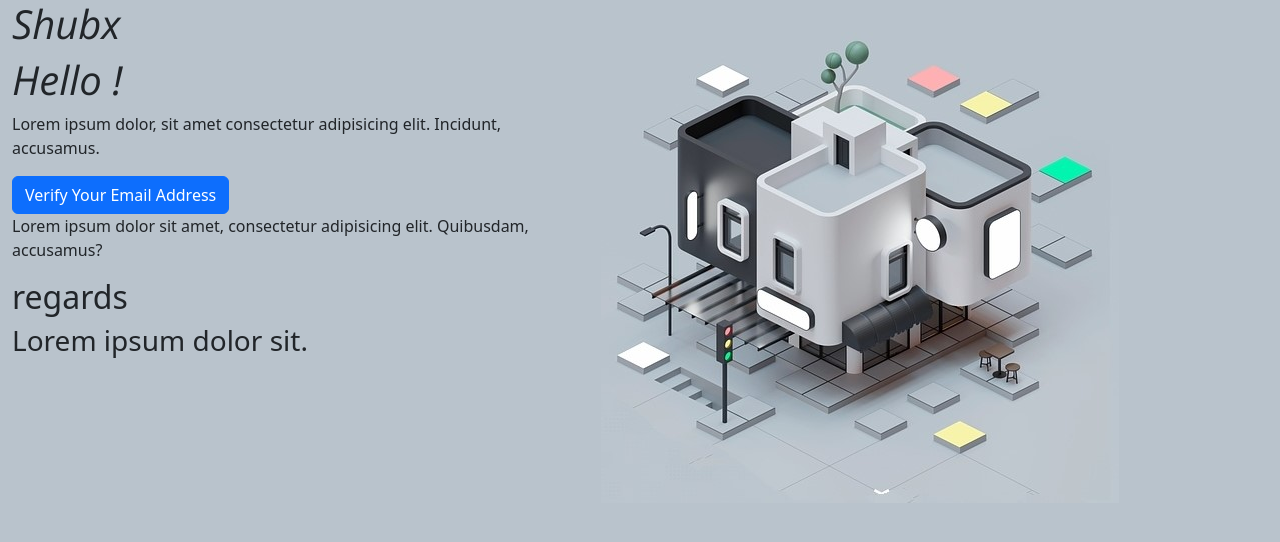
Repository: Aayush919/taskui
Page: index.html
These files come from the project's save history. The page is drawn as it stood at one moment and after the next save; the edit follows.
The browser window is 1280 px wide. The pictures show the whole page.

Above is the page before, as saved 2024-01-12 14:50:45.

After the next save:
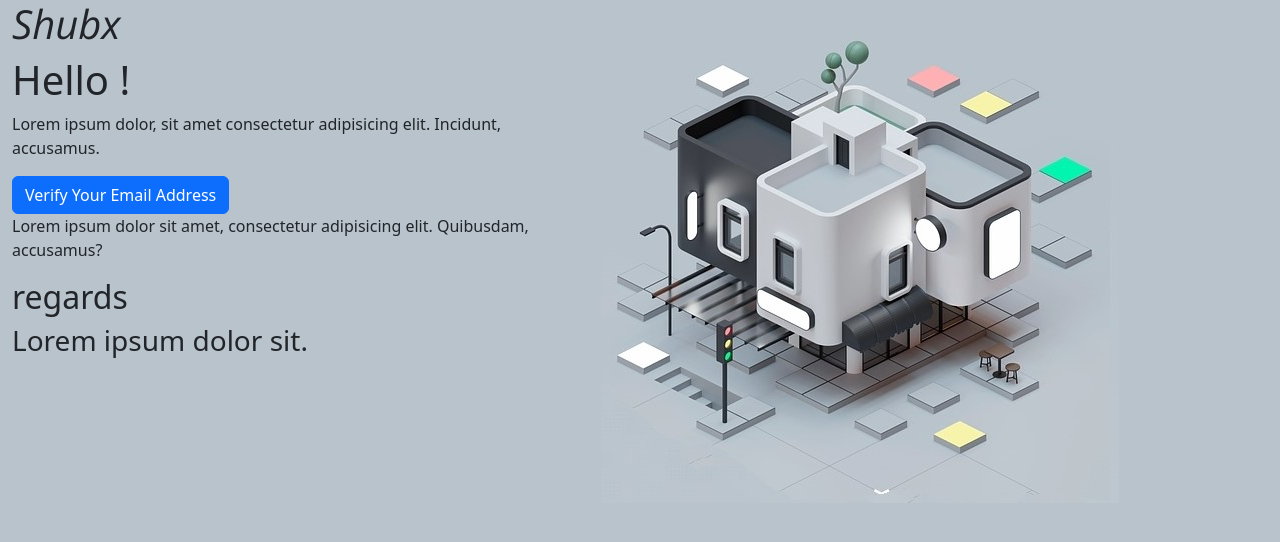
Saved 23 s later.
--- a/style.css
+++ b/style.css
@@ -30,7 +30,3 @@ body {
 .title{
     font-family: 'Open Sans', sans-serif;
 }
-
-.hello{
-    font-family: 'Open Sans',sans-serif;
-}
